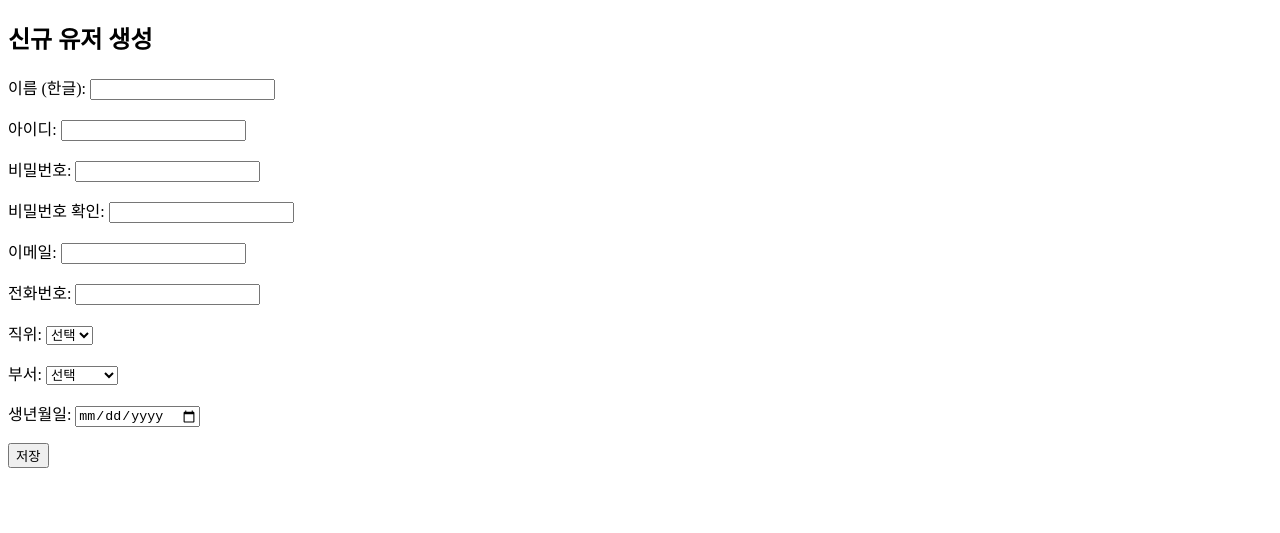
Repository: devgolol/Flow
Page: http://localhost/coretime/WEB-INF/views/userForm.jsp
These files come from the project's save history. The page is drawn as it stood at one moment and after the next save; the edit follows.
The browser window is 1280 px wide. The pictures show the whole page.
The page is served by Tomcat 9. Nobody is signed in. Other server files are loaded and not shown. The template is opened directly, without the code that normally fills it, so the values that code supplies are empty.

Above is the page before, as saved 2025-07-01 03:16:49.

### coretime/src/main/webapp/WEB-INF/views/userForm.jsp
<%@ page language="java" contentType="text/html; charset=UTF-8"
	pageEncoding="UTF-8"%>
<%@ taglib uri="http://www.springframework.org/tags/form" prefix="form"%>
<!DOCTYPE html>
<html>
<head>
<meta charset="UTF-8">
<title>Insert title here</title>
<style>
	/* 에러 메시지 스타일 */
	.error-message {
	    color: red;
	    font-size: 0.9em;
	    margin-left: 5px;
	    display: none; /* 기본적으로 숨김 */
	}
</style>
<script>
	function validateForm(event) {
	    let isValid = true; // 폼 전체의 유효성 상태

	    // 모든 에러 메시지 초기화 (새로운 제출 시 이전 에러 숨기기)
	    document.querySelectorAll('.error-message').forEach(span => {
	        span.style.display = 'none';
	        span.textContent = ''; // 텍스트도 비워줍니다.
	    });

	    // --- 개별 필드 유효성 검사 ---

	    // 이름 (한글)
	    const nameInput = document.getElementById("name");
	    const nameError = document.getElementById("nameError");
	    if (nameInput.value.trim() === "") {
	        nameError.style.display = "inline";
	        nameError.textContent = "이름을 입력해주세요.";
	        nameInput.focus();
	        event.preventDefault();
	    }

	    /* // 아이디
	    const idInput = document.getElementById("id");
	    const idError = document.getElementById("idError"); // 기존 idErrorSpan 대신 명확한 변수명
	    if (idInput.value.trim() === "") {
	        idError.style.display = "inline";
	        idError.textContent = "아이디를 입력해주세요.";
	        idInput.focus();
	        event.preventDefault();
	    }
	    // 백엔드에서 온 중복 ID 메시지는 window.onload에서 처리되므로 여기선 초기화만 합니다.

	    // 비밀번호
	    const passwordInput = document.getElementById("password");
	    const passwordError = document.getElementById("passwordError");
	    if (passwordInput.value.trim() === "") {
	        passwordError.style.display = "inline";
	        passwordError.textContent = "비밀번호를 입력해주세요.";
	        passwordInput.focus();
	        event.preventDefault();
	    }

	    // 비밀번호 확인
	    const confirmPasswordInput = document.getElementById("confirmPassword");
	    const confirmPasswordError = document.getElementById("confirmPasswordError");
	    if (confirmPasswordInput.value.trim() === "") {
	        confirmPasswordError.style.display = "inline";
	        confirmPasswordError.textContent = "비밀번호 확인을 입력해주세요.";
	        confirmPasswordInput.focus();
	        event.preventDefault();
	    } else if (passwordInput.value !== confirmPasswordInput.value) {
	        confirmPasswordError.style.display = "inline";
	        confirmPasswordError.textContent = "비밀번호가 일치하지 않습니다.";
	        confirmPasswordInput.focus();
	        event.preventDefault();
	    }

	    // 이메일
	    const emailInput = document.getElementById("email");
	    const emailError = document.getElementById("emailError");
	    if (emailInput.value.trim() === "") {
	        emailError.style.display = "inline";
	        emailError.textContent = "이메일을 입력해주세요.";
	        emailInput.focus();
	        event.preventDefault();
	    } else if (!/^[^\s@]+@[^\s@]+\.[^\s@]+$/.test(emailInput.value)) { // 간단한 이메일 형식 검사
	        emailError.style.display = "inline";
	        emailError.textContent = "유효한 이메일 형식을 입력해주세요.";
	        emailInput.focus();
	        event.preventDefault();
	    }

	    // 전화번호
	    const telInput = document.getElementById("tel");
	    const telError = document.getElementById("telError");
	    if (telInput.value.trim() === "") {
	        telError.style.display = "inline";
	        telError.textContent = "전화번호를 입력해주세요.";
	        telInput.focus();
	        event.preventDefault();
	    } else if (!/^(01[016789])-([0-9]{3,4})-([0-9]{4})$/.test(telInput.value)) { // 전화번호 형식 검사
	        telError.style.display = "inline";
	        telError.textContent = "유효한 전화번호 형식을 입력해주세요 (예: 010-1234-5678).";
	        telInput.focus();
	        event.preventDefault();
	    }

	    // 직위
	    const rankSelect = document.getElementById("rankSelect");
	    const rankError = document.getElementById("rankError");
	    if (rankSelect.value === "") {
	        rankError.style.display = "inline";
	        rankError.textContent = "직위를 선택해주세요.";
	        rankSelect.focus();
	        event.preventDefault();
	    } else {
	        rankError.style.display = "none";
	    }

	    // 부서
	    const departmentSelect = document.getElementById("departmentSelect");
	    const departmentError = document.getElementById("departmentError");
	    if (departmentSelect.value === "") {
	        departmentError.style.display = "inline";
	        departmentError.textContent = "부서를 선택해주세요.";
	        departmentSelect.focus();
	        event.preventDefault();
	    } else {
	        departmentError.style.display = "none";
	    }

	    // 생년월일 (간단한 필수 여부만)
	    const birthInput = document.getElementById("birth");
	    const birthError = document.getElementById("birthError");
	    if (birthInput.value.trim() === "") {
	        birthError.style.display = "inline";
	        birthError.textContent = "생년월일을 입력해주세요.";
	        birthInput.focus();
	        event.preventDefault();
	    } */
	}

	/* // 직위 에러 메시지 숨김
	function clearRankError() {
	    var rankSelect = document.getElementById("rankSelect");
	    var rankError = document.getElementById("rankError");
	    if (rankSelect.value !== "") {
	        rankError.style.display = "none";
	        rankError.textContent = '';
	    }
	}

	// 부서 에러 메시지 숨김
	function clearDepartmentError() {
	    var departmentSelect = document.getElementById("departmentSelect");
	    var departmentError = document.getElementById("departmentError");
	    if (departmentSelect.value !== "") {
	        departmentError.style.display = "none";
	        departmentError.textContent = '';
	    }
	}

	// 페이지 로드 시 백엔드에서 전달된 ID 오류 메시지 표시 (기존 유지)
	window.onload = function() {
	    var idErrorSpan = document.getElementById("idError");
	    if (idErrorSpan && "${idErrorMessage}" && "${idErrorMessage}" !== "") {
	        idErrorSpan.style.display = "inline";
	        idErrorSpan.textContent = "${idErrorMessage}";
	    } else if (idErrorSpan) {
	        idErrorSpan.style.display = "none";
	    }
	}; */
</script>
</head>
<body>
<body>
<h2>신규 유저 생성</h2>
<%-- <form:form modelAttribute="user" method="post" action="/users/insert" onsubmit="return validateForm()">
	<p>이름 (한글): <form:input path="name" id="name" value= "박지훈"/></p>
    <p>아이디: <form:input path="id" id="id" value= "flow1"/>
        <span id="idError" style="color: red;">
            ${idErrorMessage}
        </span>
        <form:errors path="id" cssStyle="color: red;"/>
    </p>
    <p>비밀번호: <form:password path="password" value= "1234"/></p>
    <p>비밀번호 확인: <form:password path="confirmPassword" value= "1234"/></p>
    <p>이메일: <form:input path="email" value= "jack981109@naver.com"/></p>
    <p>전화번호: <form:input path="tel" value= "010-6230-1825"/></p>
    <p>직위:
        <form:select path="rank" id="rankSelect" onchange="clearRankError()">
            <form:option value="">선택</form:option>
            <form:option value="사원">사원</form:option>
            <form:option value="대리">대리</form:option>
            <form:option value="과장">과장</form:option>
            <form:option value="차장">차장</form:option>
            <form:option value="부장">부장</form:option>
        </form:select>
        <span id="rankError" style="color: red; display: none;">직위를 선택해주세요.</span>
        <form:errors path="rank" cssStyle="color: red;"/>
    </p>
    <p>부서: <form:input path="department" value= "개발"/></p>
    <p>생년월일: <form:input path="birth" value= "2025-06-30"/></p>

    <p>
        <button type="submit">저장</button>
        <button type="submit" formaction="/users/saveAndContinue">저장 후 계속 생성</button>
    </p>
</form:form> --%>
<form:form modelAttribute="user" method="post" action="/users/insert" onsubmit="return validateForm(event)">
	<p>이름 (한글): <form:input path="name" id="name"/>
        <span id="nameError" class="error-message"></span></p>

    <p>아이디: <form:input path="id" id="id"/>
        <span id="idError" class="error-message"></span>
        <form:errors path="id" cssStyle="color: red;"/> <%-- 서버 측 ID 유효성 에러 (예: @NotBlank) --%>
    </p>
    <p>비밀번호: <form:password path="password" id="password"/>
        <span id="passwordError" class="error-message"></span></p>
    <p>비밀번호 확인: <form:password path="confirmPassword" id="confirmPassword"/>
        <span id="confirmPasswordError" class="error-message"></span></p>
    <p>이메일: <form:input path="email" id="email"/>
        <span id="emailError" class="error-message"></span></p>
    <p>전화번호: <form:input path="tel"/>
        <form:errors path="tel" cssClass="error-message" id="tel"/></p>
    <p>직위:
        <form:select path="rank" id="rankSelect" onchange="clearRankError()">
            <form:option value="">선택</form:option>
            <form:option value="사원">사원</form:option>
            <form:option value="대리">대리</form:option>
            <form:option value="과장">과장</form:option>
            <form:option value="차장">차장</form:option>
            <form:option value="부장">부장</form:option>
        </form:select>
        <span id="rankError" class="error-message"></span>
        <form:errors path="rank" cssStyle="color: red;"/>
    </p>
    <p>부서:
        <form:select path="department" id="departmentSelect" onchange="clearDepartmentError()"> <%-- 부서 select 추가 --%>
            <form:option value="">선택</form:option>
            <form:option value="개발팀">개발팀</form:option>
            <form:option value="영업팀">영업팀</form:option>
            <form:option value="마케팅팀">마케팅팀</form:option>
            <form:option value="인사팀">인사팀</form:option>
            <form:option value="회계팀">회계팀</form:option>
        </form:select>
        <span id="departmentError" class="error-message"></span> <%-- 부서 에러 메시지 스팬 --%>
        <form:errors path="department" cssStyle="color: red;"/>
    </p>
    <p>생년월일: <form:input path="birth" id="birth" type="date"/> <%-- type="date" 추가 --%>
        <span id="birthError" class="error-message"></span></p>

    <p>
        <button type="submit">저장</button>
    </p>
</form:form>
</body>
</html>

After the next save:
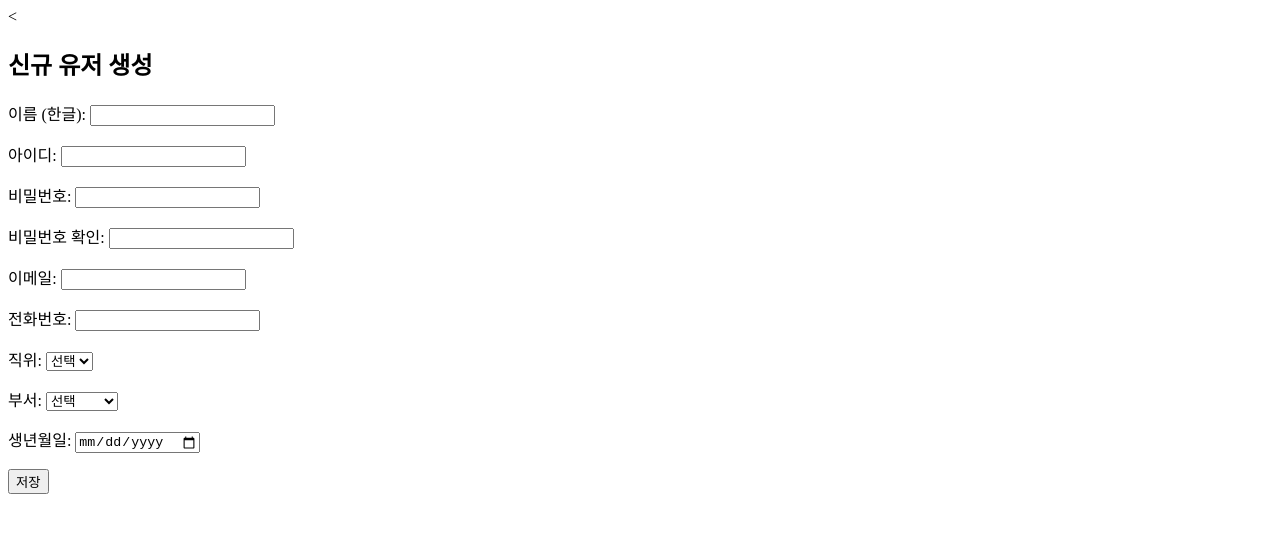
Saved 28 s later.
--- a/coretime/src/main/webapp/WEB-INF/views/userForm.jsp
+++ b/coretime/src/main/webapp/WEB-INF/views/userForm.jsp
@@ -6,7 +6,7 @@
 <head>
 <meta charset="UTF-8">
 <title>Insert title here</title>
-<style>
+<<!-- style>
 	/* 에러 메시지 스타일 */
 	.error-message {
 	    color: red;
@@ -14,7 +14,7 @@
 	    margin-left: 5px;
 	    display: none; /* 기본적으로 숨김 */
 	}
-</style>
+</style> -->
 <script>
 	function validateForm(event) {
 	    let isValid = true; // 폼 전체의 유효성 상태

After the 2 saves that followed:
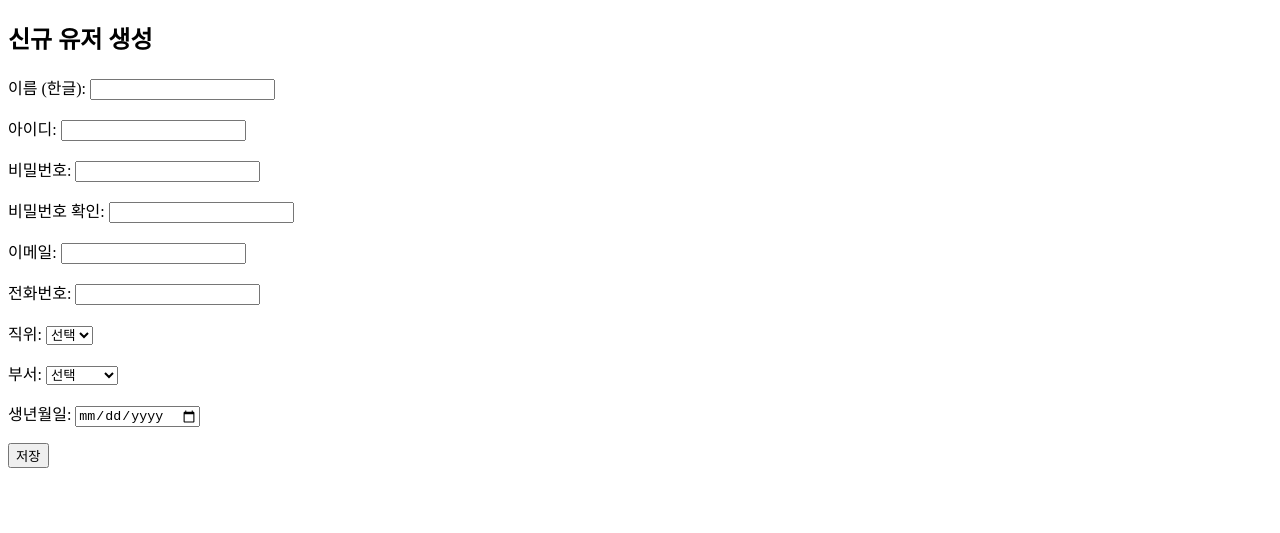
The 2 saves are shown as one change because 1 left the picture as it was.
The last was saved 14 s later.
--- a/coretime/src/main/webapp/WEB-INF/views/userForm.jsp
+++ b/coretime/src/main/webapp/WEB-INF/views/userForm.jsp
@@ -6,7 +6,7 @@
 <head>
 <meta charset="UTF-8">
 <title>Insert title here</title>
-<<!-- style>
+<!-- style>
 	/* 에러 메시지 스타일 */
 	.error-message {
 	    color: red;
@@ -20,10 +20,10 @@
 	    let isValid = true; // 폼 전체의 유효성 상태
 
 	    // 모든 에러 메시지 초기화 (새로운 제출 시 이전 에러 숨기기)
-	    document.querySelectorAll('.error-message').forEach(span => {
+	   /*  document.querySelectorAll('.error-message').forEach(span => {
 	        span.style.display = 'none';
 	        span.textContent = ''; // 텍스트도 비워줍니다.
-	    });
+	    }); */
 
 	    // --- 개별 필드 유효성 검사 ---
 
